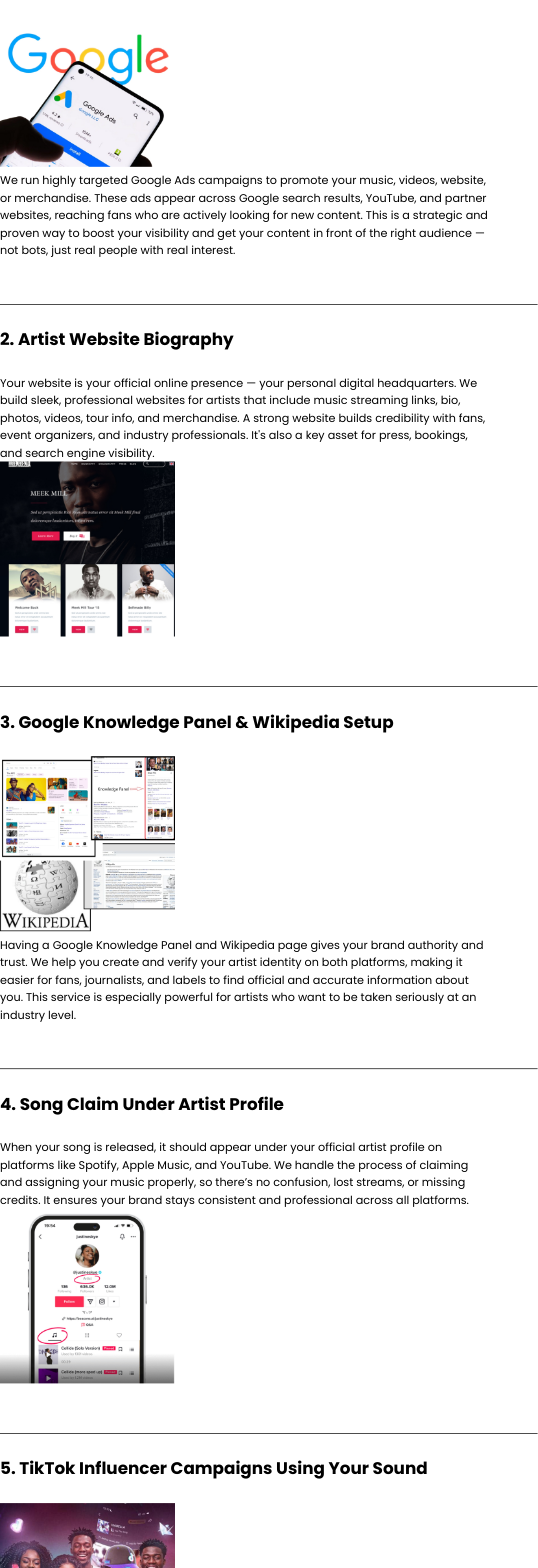
Repository: Ikebobo11/theboss
Page: servicemore.html
The author's editor kept a copy of each file at every save. The page is drawn from the files as they stood at one save, then again after a run of saves.
The browser window is 768 px wide. The pictures show the part of the page from y = 406 to 2646 px (the page is 4067 px tall), at 70% of full size.

Above is the page before, as saved 2025-08-31 13:18:39.

After the next 2 saves:
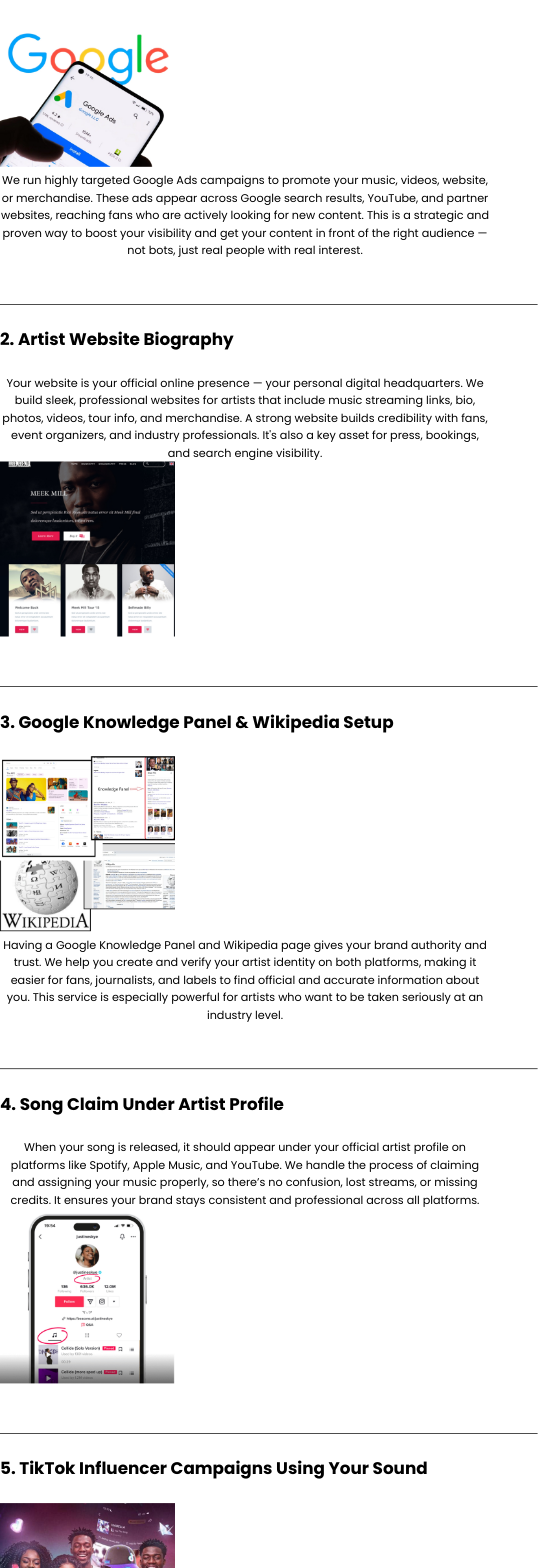
The 2 saves are shown as one change because they came seconds apart.
The last was saved 7 s later.
--- a/servicemore.css
+++ b/servicemore.css
@@ -140,7 +140,7 @@
   padding-block: 2rem;
   @media (max-width:1000px) {
     flex-direction: column;
-    al
+    text-align: center;
   }
 }
 .imgex{
